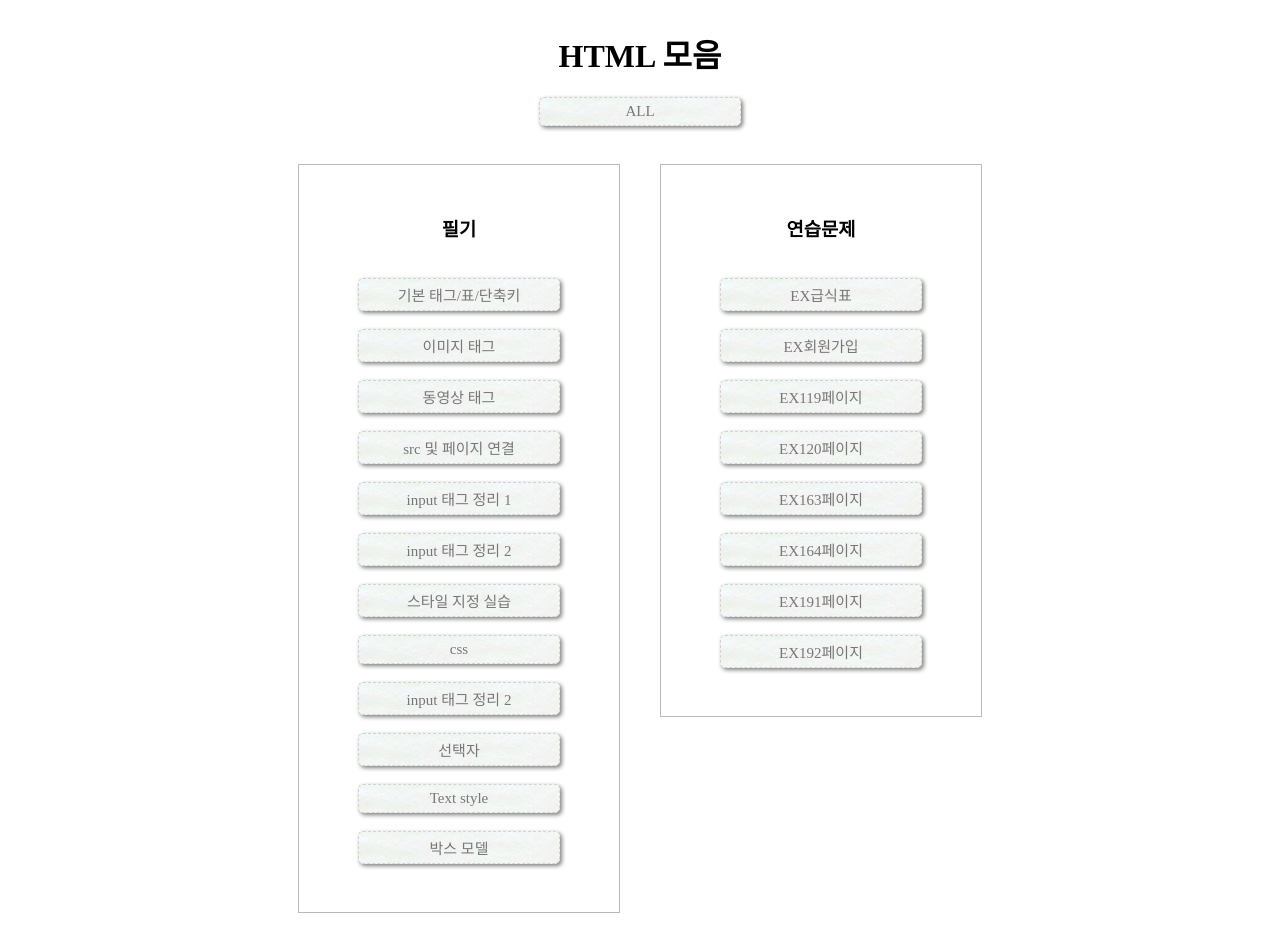
Repository: itkezi/HTML_2022_505
Page: Web/WebContent/HTML/ALL.html
These files come from the project's save history. The page is drawn as it stood at one moment and after the next save; the edit follows.
The browser window is 1280 px wide. The pictures show the whole page.
Some web fonts or font styles are not loaded; a fallback is used.

Above is the page before, as saved 2022-03-25 07:57:17.

After the next save:
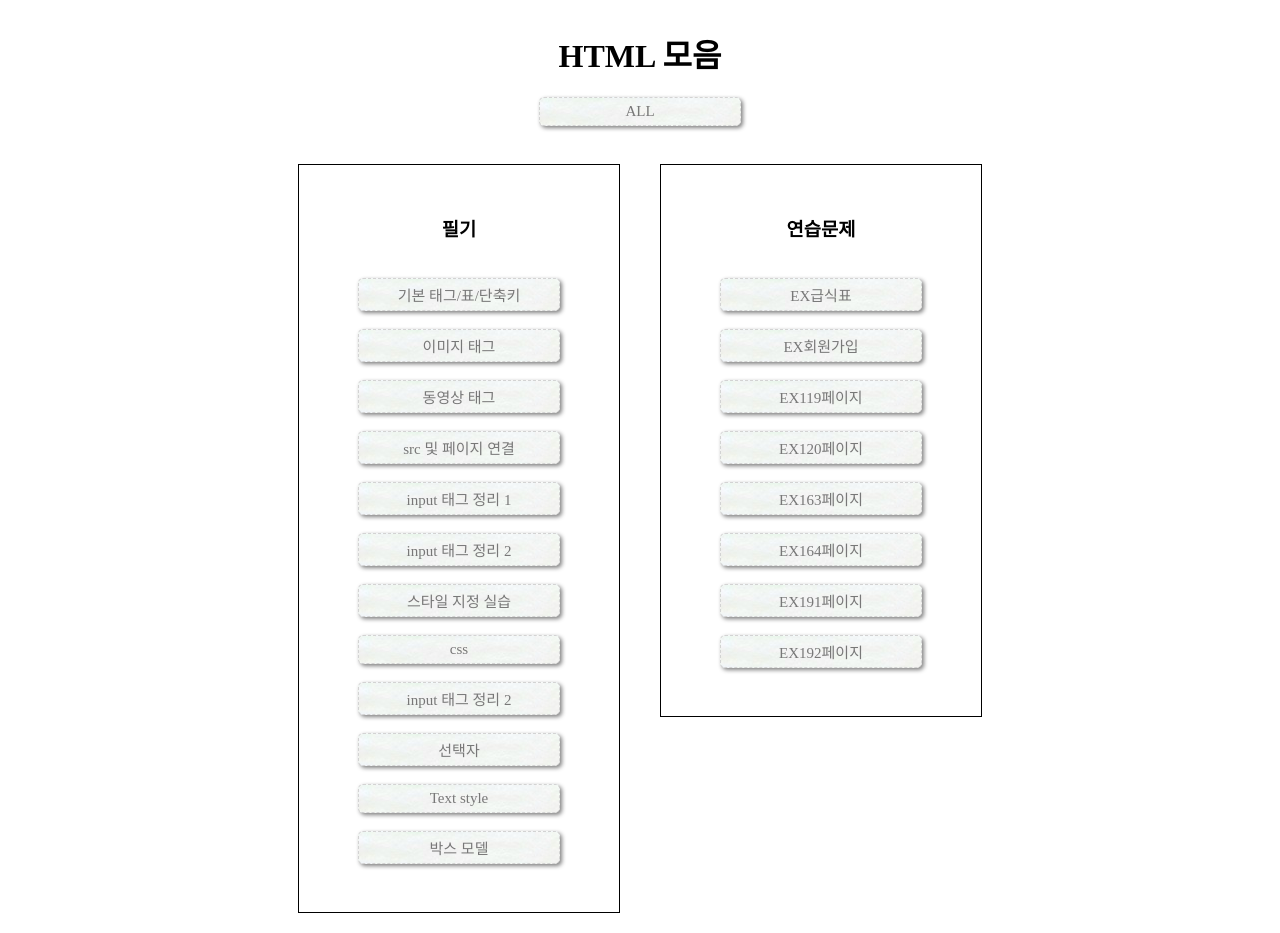
Saved 8 s later.
--- a/Web/WebContent/HTML/ALL.html
+++ b/Web/WebContent/HTML/ALL.html
@@ -23,7 +23,7 @@ body {
 		width: 280px;
 		margin: 20px;
 		padding: 30px 20px;
-		border:1px solid #bababa;
+		border:1px solid ;
 		display:inline-block;
 		}
 
